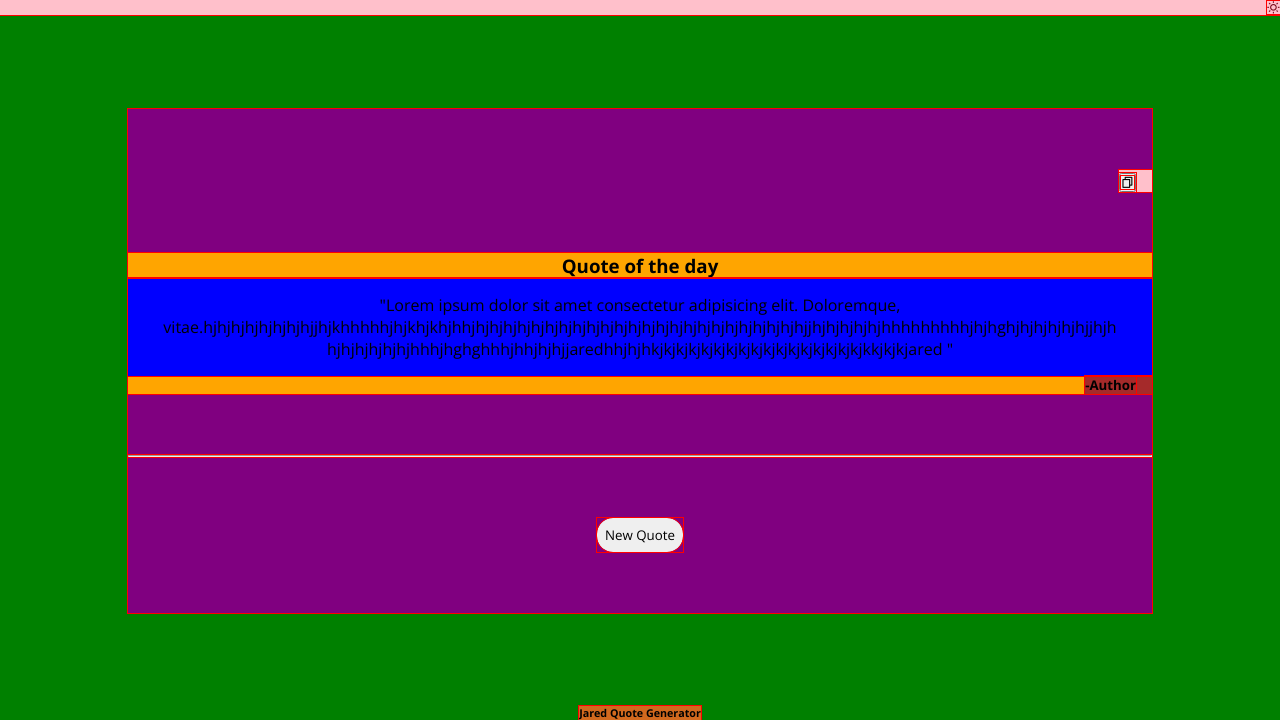
Repository: EguJaredoBoyd/Jared-Quote-Generator
Page: html/main.html
The author's editor kept a copy of each file at every save. The page is drawn from the files as they stood at one save, then again after the next save.
The browser window is 1280 px wide. The pictures show the whole page.
Some web libraries are served in a nearby version.

Above is the page before, as saved 2026-01-09 02:03:22.

After the next save:
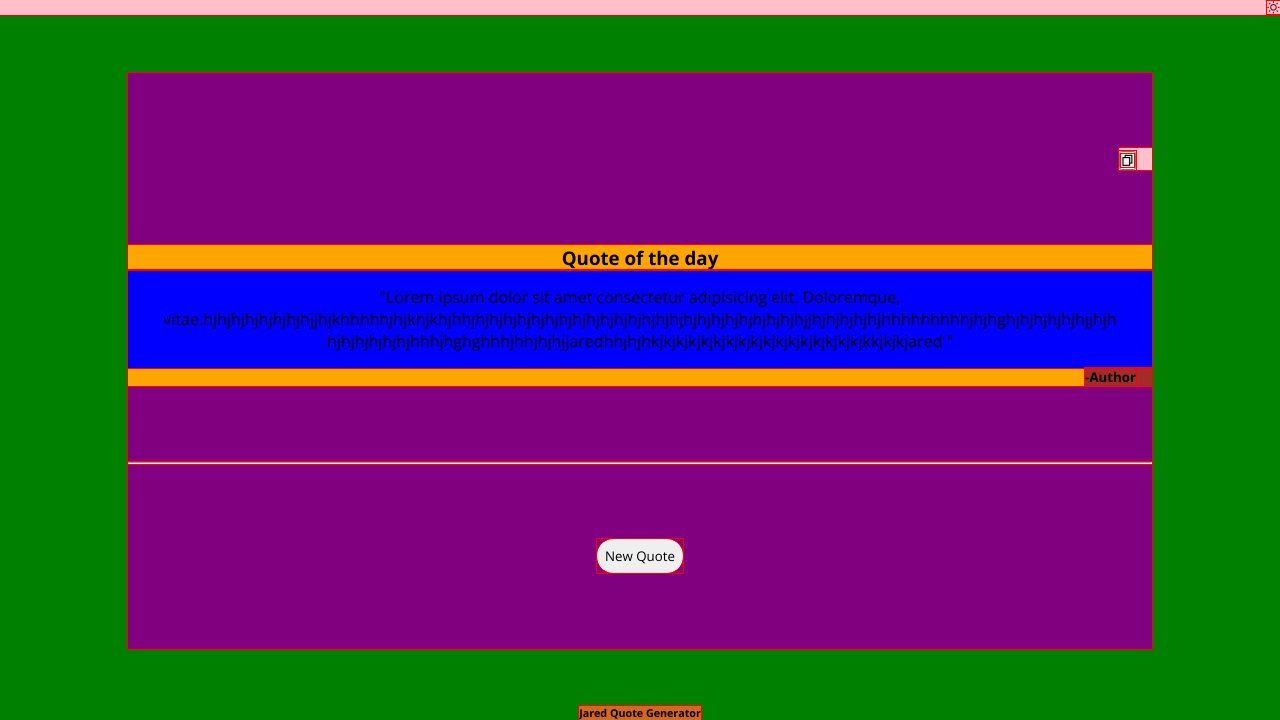
Saved 46 s later.
--- a/css/style.css
+++ b/css/style.css
@@ -56,7 +56,7 @@ header button {
   flex-direction: column;
   justify-content: space-evenly;
   align-items: center;
-  height: 70vh;
+  height: 80vh;
   width: 80vw;
   max-width: 80vw;
 }
